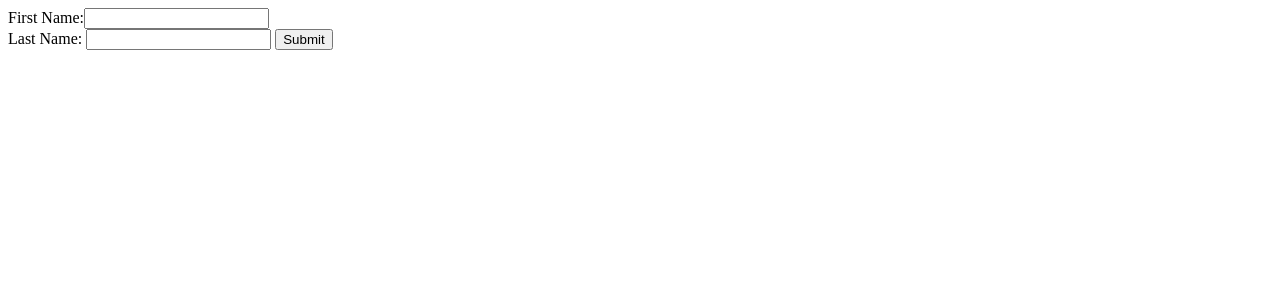
Repository: charlieactor/Skill-Distillery
Page: workspace/HelloWorld/WebContent/input.html
An editor plug-in stored every save of this project. The page is shown before and after the next save, followed by the edit.
The browser window is 1280 px wide. The pictures show the whole page.

Above is the page before, as saved 2017-07-10 16:07:22.

After the next save:
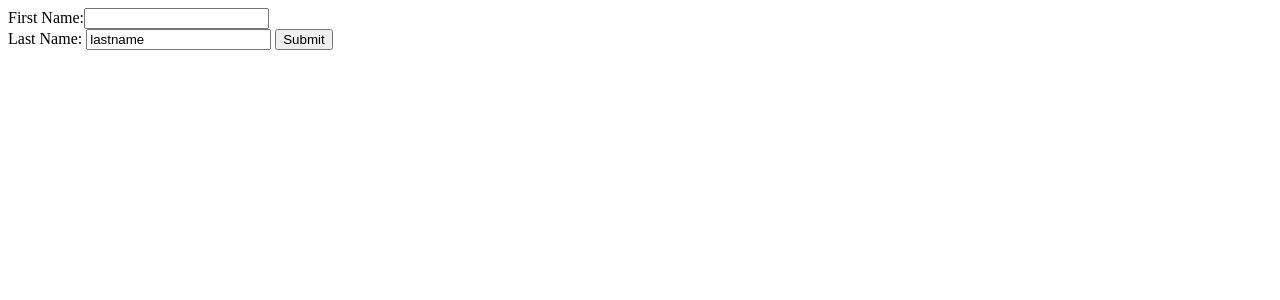
Saved 3 min 9 s later.
--- a/workspace/HelloWorld/WebContent/input.html
+++ b/workspace/HelloWorld/WebContent/input.html
@@ -6,7 +6,7 @@
 <body>
 	<form action="SayHello" method="GET">
 		First Name:<input type="text" name="firstname" /><br>
-		Last Name: <input type="text" name="lastname"  />
+		Last Name: <input type="text" name="lastname" value="lastname" />
 		<input type="submit" value="Submit" />
 	</form>
 </body>
